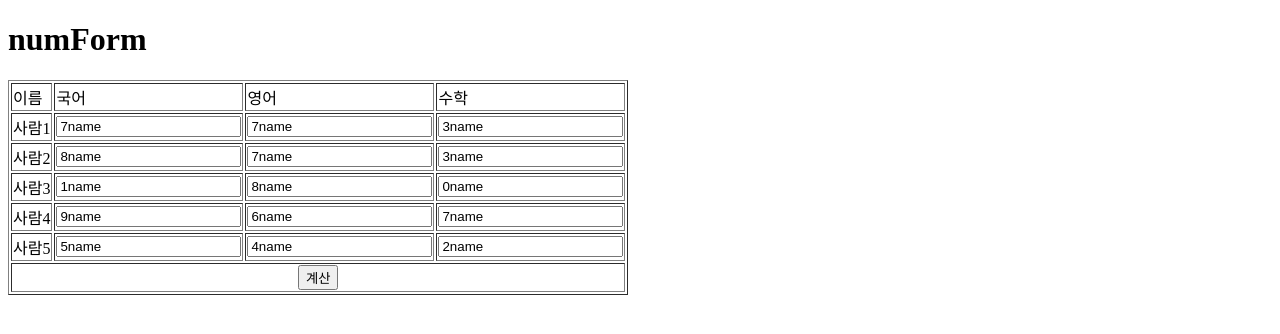
Repository: Jhoon0211/java_work
Page: http://localhost/jspProj/request/numForm2.jsp
An editor plug-in stored every save of this project. The page is shown before and after the next save, followed by the edit.
The browser window is 1280 px wide. The pictures show the whole page.
The page is served by Tomcat 9. Other server files are loaded and not shown.

Above is the page before, as saved 2023-07-27 09:56:39.

### jspProj/src/main/webapp/request/numForm2.jsp
<%@ page language="java" contentType="text/html; charset=UTF-8"
    pageEncoding="UTF-8"%>
<!DOCTYPE html>
<html>
<head>
<meta charset="UTF-8">
<title>Insert title here</title>
</head>
<body>
<h1>numForm</h1>
	<form action="numReg2.jsp">
		<table border="">
			<tr>
				<td>이름</td>
				<td>국어</td>
				<td>영어</td>
				<td>수학</td>
			</tr>
			<tr>
				<td>사람1</td>
				<td><input type="text" name="kor1" value="<%=(int)(Math.random()*10) + "name" %>"/></td>
				<td><input type="text" name="eng1" value="<%=(int)(Math.random()*10) + "name" %>"/></td>
				<td><input type="text" name="math1" value="<%=(int)(Math.random()*10) + "name" %>"/></td>
			</tr>
			<tr>
				<td>사람2</td>
				<td><input type="text" name="kor2" value="<%=(int)(Math.random()*10) + "name" %>"/></td>
				<td><input type="text" name="eng2" value="<%=(int)(Math.random()*10) + "name" %>"/></td>
				<td><input type="text" name="math2" value="<%=(int)(Math.random()*10) + "name" %>"/></td>
			</tr>
			<tr>
				<td>사람3</td>
				<td><input type="text" name="kor3" value="<%=(int)(Math.random()*10) + "name" %>"/></td>
				<td><input type="text" name="eng3" value="<%=(int)(Math.random()*10) + "name" %>"/></td>
				<td><input type="text" name="math3" value="<%=(int)(Math.random()*10) + "name" %>"/></td>
			</tr>
			<tr>
				<td>사람4</td>
				<td><input type="text" name="kor4" value="<%=(int)(Math.random()*10) + "name" %>"/></td>
				<td><input type="text" name="eng4" value="<%=(int)(Math.random()*10) + "name" %>"/></td>
				<td><input type="text" name="math4" value="<%=(int)(Math.random()*10) + "name" %>"/></td>
			</tr>
			<tr>
				<td>사람5</td>
				<td><input type="text" name="kor5" value="<%=(int)(Math.random()*10) + "name" %>"/></td>
				<td><input type="text" name="eng5" value="<%=(int)(Math.random()*10) + "name" %>"/></td>
				<td><input type="text" name="math5" value="<%=(int)(Math.random()*10) + "name" %>"/></td>
			</tr>
			<tr>
				<td colspan="4" align="center">
					<input type="submit" value="계산" />
				</td>
			</tr>
		</table>
	</form>
</body>
</html>

After the next save:
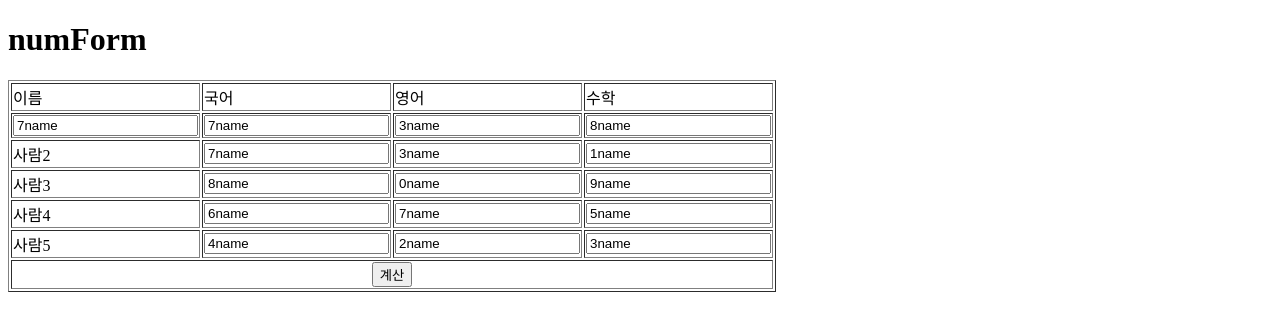
Saved 42 s later.
--- a/jspProj/src/main/webapp/request/numForm2.jsp
+++ b/jspProj/src/main/webapp/request/numForm2.jsp
@@ -17,10 +17,10 @@
 				<td>수학</td>
 			</tr>
 			<tr>
-				<td>사람1</td>
-				<td><input type="text" name="kor1" value="<%=(int)(Math.random()*10) + "name" %>"/></td>
-				<td><input type="text" name="eng1" value="<%=(int)(Math.random()*10) + "name" %>"/></td>
-				<td><input type="text" name="math1" value="<%=(int)(Math.random()*10) + "name" %>"/></td>
+				<td><input type="text" name="name" value="<%=(int)(Math.random()*10) + "name" %>"/></td>
+				<td><input type="text" name="kor" value="<%=(int)(Math.random()*10) + "name" %>"/></td>
+				<td><input type="text" name="eng" value="<%=(int)(Math.random()*10) + "name" %>"/></td>
+				<td><input type="text" name="math" value="<%=(int)(Math.random()*10) + "name" %>"/></td>
 			</tr>
 			<tr>
 				<td>사람2</td>
